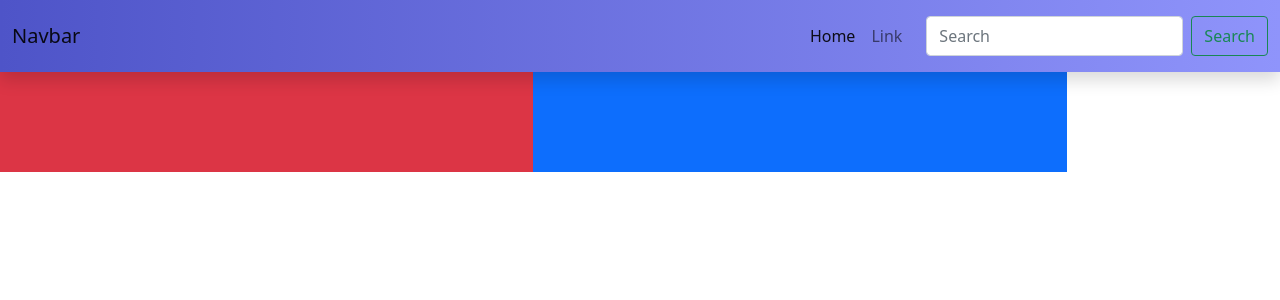
Repository: ttranhhoang/layoutBS
Page: index.html
These files come from the project's save history. The page is drawn as it stood at one moment and after the next save; the edit follows.
The browser window is 1280 px wide. The pictures show the whole page.

Above is the page before, as saved 2022-04-23 17:20:43.

After the next save:
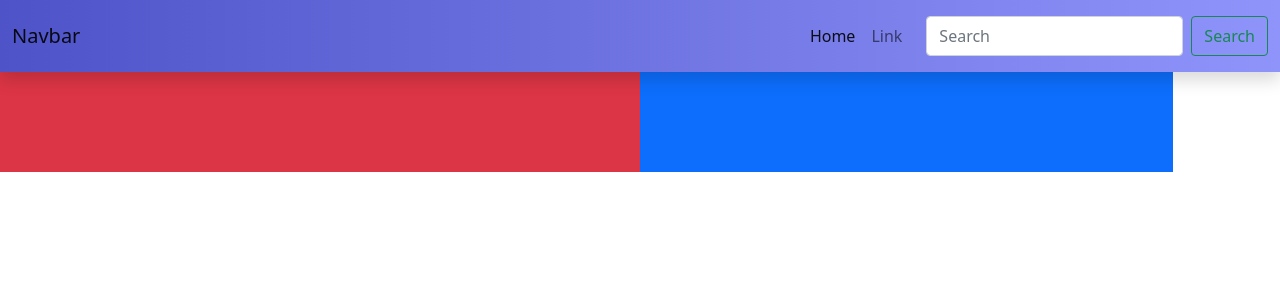
Saved 34 s later.
--- a/index.html
+++ b/index.html
@@ -77,7 +77,7 @@
 
     <div class="container-fluid">
       <div class="row">
-        <div class="col-3 col-sm-5 bg-danger"></div>
+        <div class="col-3 col-sm-6 bg-danger"></div>
         <div class="col-9 col-sm-5 bg-primary"></div>
       </div>
     </div>
